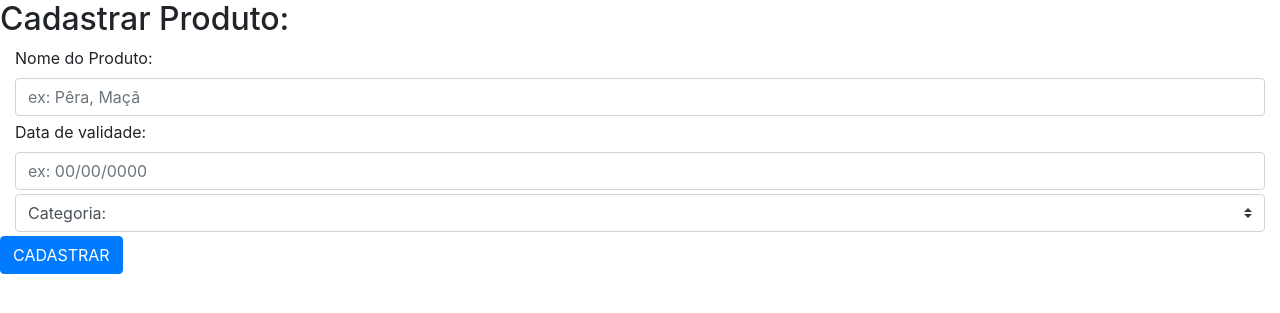
Repository: ricardofelipesilva/sistema
Page: http://localhost/site/controle.jsp
The author's editor kept a copy of each file at every save. The page is drawn from the files as they stood at one save, then again after a run of saves.
The browser window is 1280 px wide. The pictures show the whole page.
The page is served by Tomcat 9.

Above is the page before, as saved 2019-07-01 08:20:50.

After the next 2 saves:
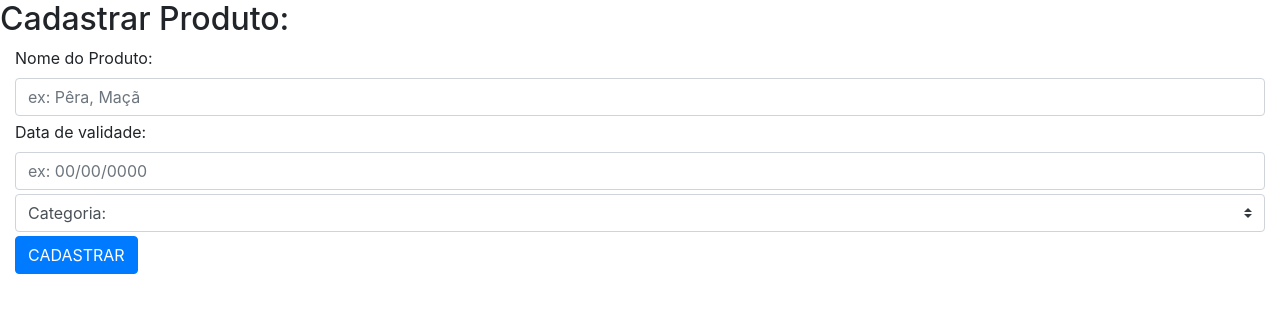
The 2 saves are shown as one change because they came seconds apart.
The last was saved 15 s later.
--- a/site/WebContent/controle.jsp
+++ b/site/WebContent/controle.jsp
@@ -49,8 +49,9 @@
         <option value="4">Limpeza</option>
       </select>
     </div>
-
+ <div class=" col-auto my-1 form-group">
   <button type="submit" class="btn btn-primary">CADASTRAR</button>
+  </div>
 </form>
 
 
